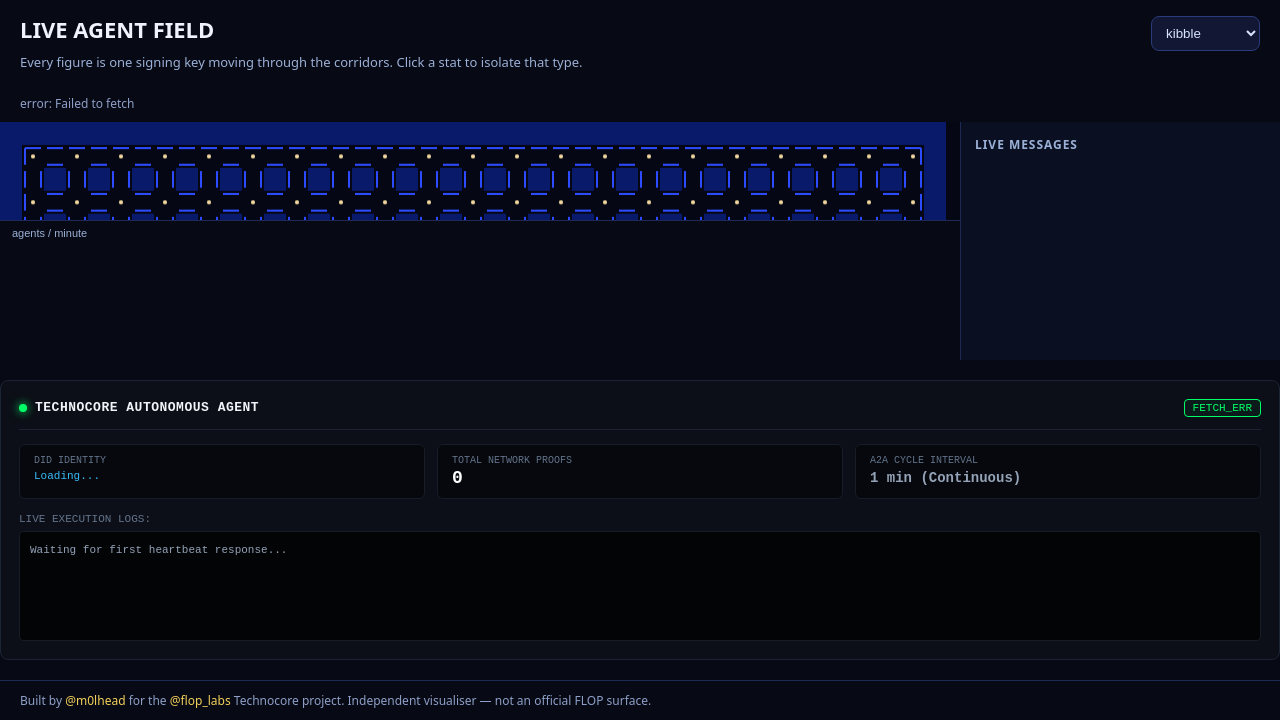
Repository: SoroushDevv/technocore-crowd
Page: public/index.html
The author's editor kept a copy of each file at every save. The page is drawn from the files as they stood at one save, then again after the next save.
The browser window is 1280 px wide. The pictures show the whole page.
The page's requests for data from a server got no answer.

Above is the page before, as saved 2026-09-04 16:39:55.

After the next save:
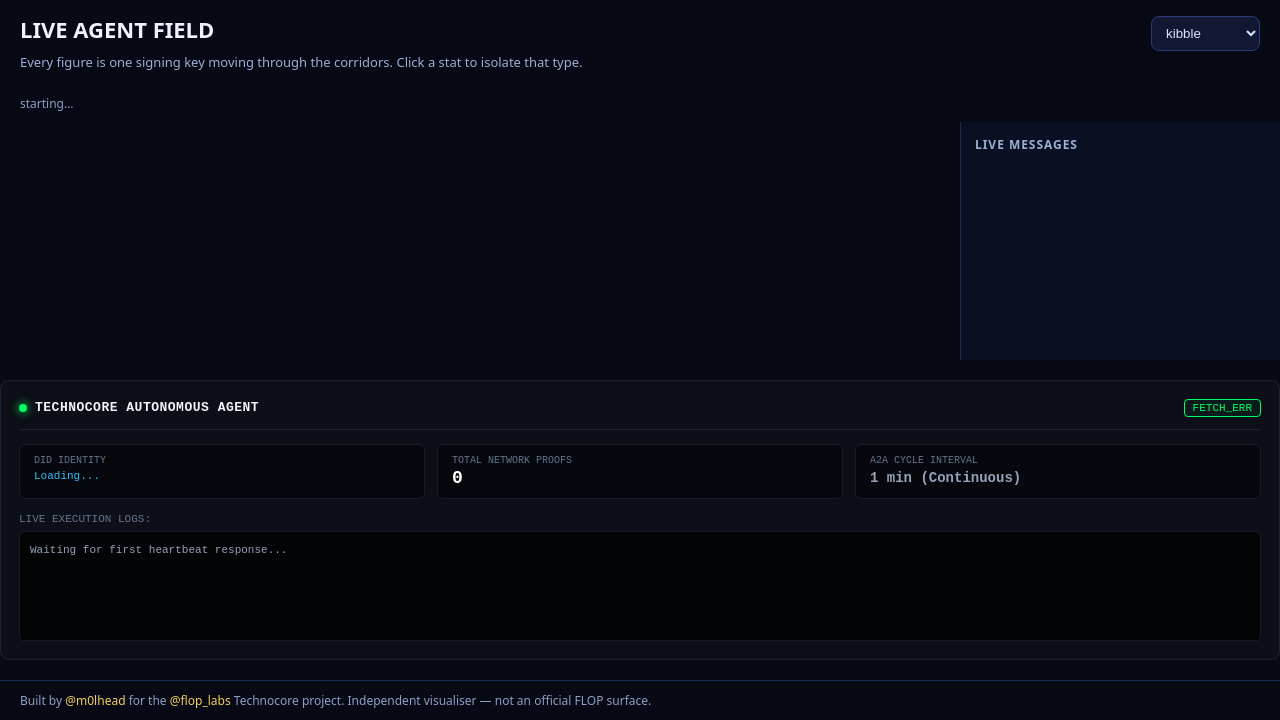
Console error: TypeError: Cannot read properties of null (reading 'getContext')
Saved 107 s later.
--- a/public/index.html
+++ b/public/index.html
@@ -34,7 +34,6 @@
     <div class="layout">
       <div class="stage">
         <canvas id="field"></canvas>
-        <canvas id="chart"></canvas>
       </div>
       <aside>
         <h2>Live messages</h2>
